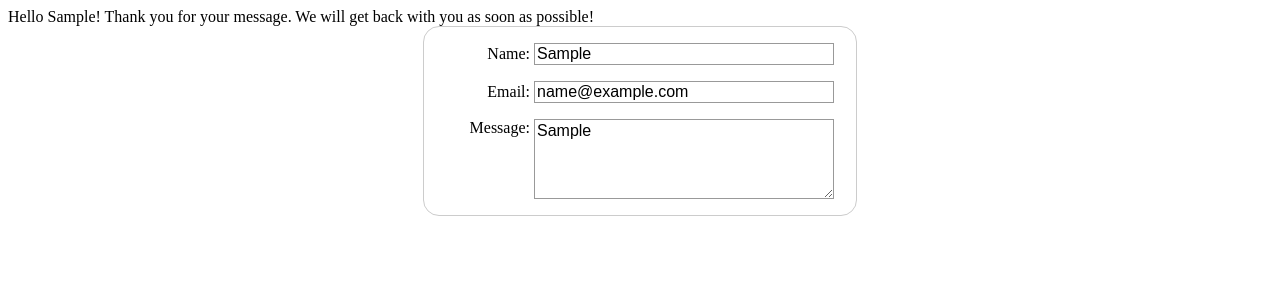
Repository: nak97/WDD-130
Page: wrr/contactus.html
These files come from the project's save history. The page is drawn as it stood at one moment and after the next save; the edit follows.
The browser window is 1280 px wide. The pictures show the whole page.
Empty fields were first filled with sample values (such as "Sample", 5 or name@example.com).
After loading, the first visible `form` was submitted once.

Above is the page before, as saved 2023-03-13 09:52:35.

After the next save:
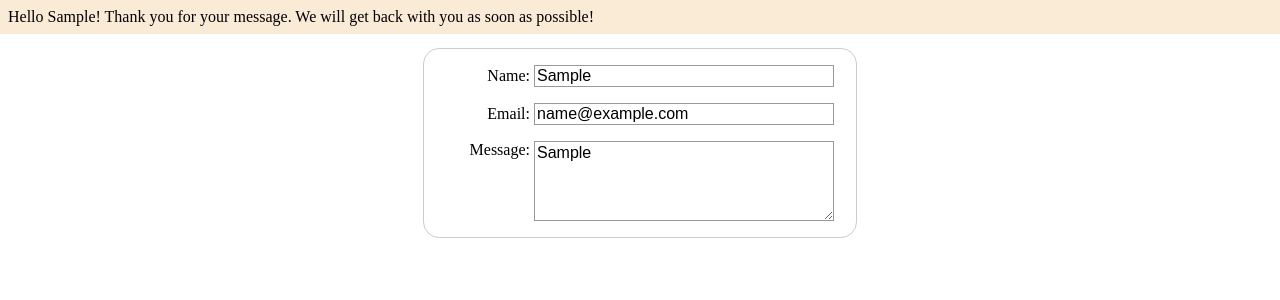
Saved 30 s later.
--- a/wrr/contactus.css
+++ b/wrr/contactus.css
@@ -63,3 +63,18 @@
      between the labels and their text fields */
   margin-left: 0.5em;
 }
+
+
+#feedback {
+  background-color: antiquewhite;
+  position: absolute;
+  top: 0;
+  left: 0;
+  right: 0;
+  padding: .5em;
+  /* make this element invisible until we are ready for it */
+  display: none;
+}
+.moveDown {
+  margin-top: 3em;
+}
